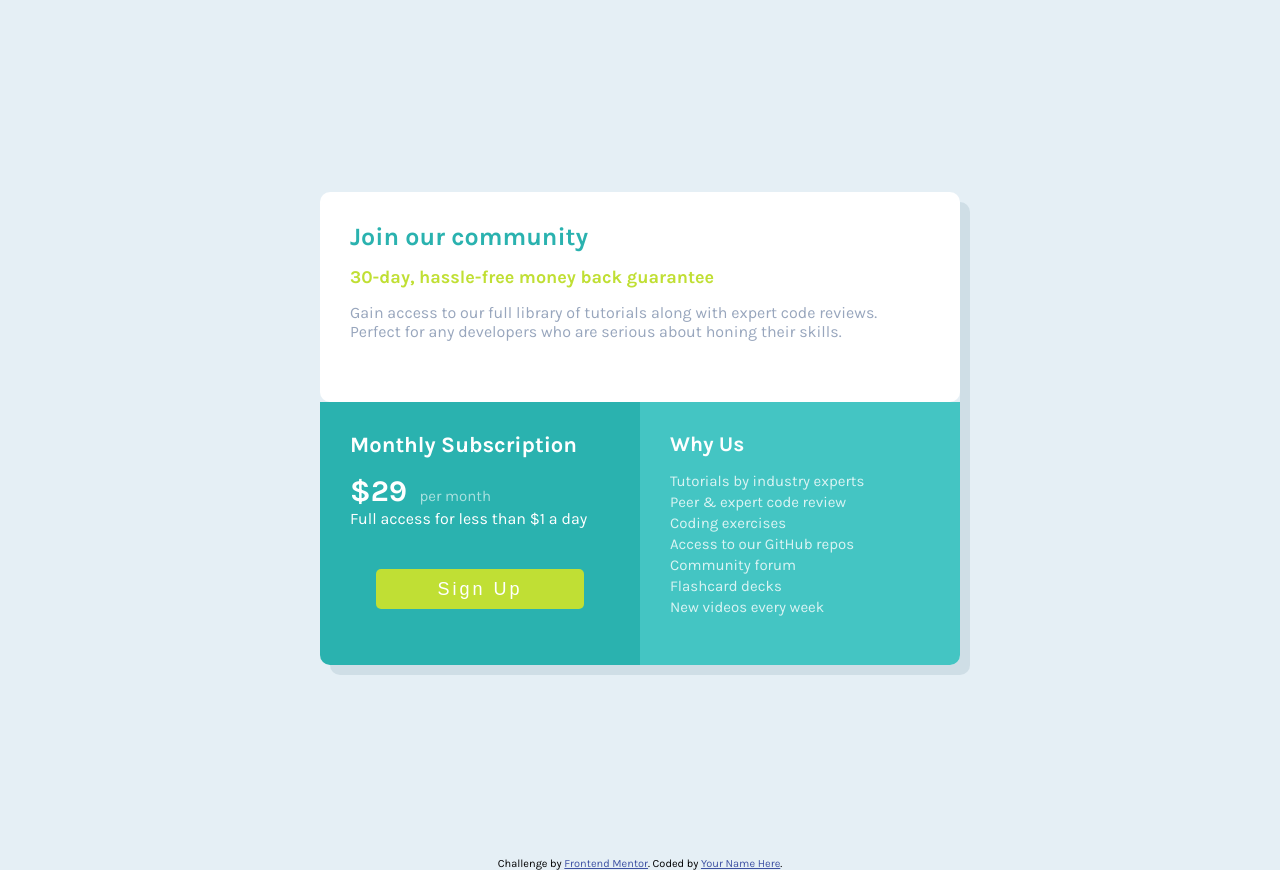
Repository: Pedrohamoura-Git/Frontend-Mentor-Challenges
Page: Newbie/single-price-grid-component-master/index.html
These files come from the project's save history. The page is drawn as it stood at one moment and after the next save; the edit follows.
The browser window is 1280 px wide. The pictures show the whole page.

Above is the page before, as saved 2021-05-31 15:58:23.

### Newbie/single-price-grid-component-master/index.html
<!DOCTYPE html>
<html lang="en">
<head>
  <meta charset="UTF-8">
  <meta name="viewport" content="width=device-width, initial-scale=1.0"> <!-- displays site properly based on user's device -->

  <link rel="stylesheet" href="css/style.css">
  <title>Frontend Mentor | Single Price Grid Component</title>

  <!-- Feel free to remove these styles or customise in your own stylesheet 👍 -->
  <style>
    .attribution { font-size: 11px; text-align: center; }
    .attribution a { color: hsl(228, 45%, 44%); }
  </style>
</head>
<body>
  <div id="wrapper">
    <header id="card1">
      <h1>Join our community</h1>
      <h2>30-day, hassle-free money back guarantee</h2>
      <p>Gain access to our full library of tutorials along with expert code reviews. Perfect for any developers who are serious about honing their skills.</p>
    </header>

    <div id="columns">
      <div id="card2">
        <h2>Monthly Subscription</h2>
        <h3 class="price">&dollar;29</h3>
        <span>per month</span>
        <p>Full access for less than &dollar;1 a day</p>

        <form action="#">
          <input type="submit" value="Sign Up" name="Sign Up" id="signup">
          </input>
        </form>
      </div>

      <div id="card3">
        <h2>Why Us</h2>
        <p>Tutorials by industry experts<br>
          Peer &amp; expert code review<br>
          Coding exercises<br>
          Access to our GitHub repos<br>
          Community forum<br>
          Flashcard decks<br>
          New videos every week</p>
      </div>
    </div>

  </div>








  <footer>
    <p class="attribution">
      Challenge by <a href="https://www.frontendmentor.io?ref=challenge" target="_blank">Frontend Mentor</a>.
      Coded by <a href="#">Your Name Here</a>.
    </p>
  </footer>
</body>
</html>

### Newbie/single-price-grid-component-master/css/style.css
/*
** Core Formatting
*/
    @import url('https://fonts.googleapis.com/css2?family=Karla:wght@400;700&display=swap');

    * {
        padding: 0;
        margin: 0;
        box-sizing: border-box;
    }

    html {
        font-size: 62.5%;
    }

    body {
        background-color: hsl(204, 43%, 93%);
        font-family: Karla;
    }


/*
** Mobile - Wrapper
*/
    #wrapper {
        border-radius: 1rem;
        box-shadow: 10px 10px hsla(202, 28%, 79%, 50%);
        display: grid;
        grid-template-rows: repeat(auto-fit, minmax(200px, 1fr));
        margin: 15% auto;
        width: 90%;

        /* border: 1px solid red; */
    }

    #card1, #card2, #card3 {
        padding: 1.5rem;
        min-height: 210px;
    }

    /*
    ** Card 1
    */
        #card1 {
            background-color: white;
            border-radius: 1rem;
        }

        #card1 h1 {
            color: hsl(179, 62%, 43%);
            font-size: 2.5rem;
            margin-bottom: 1.5rem;
        }

        #card1 h2 {
            color: hsl(71, 73%, 54%);
            font-size: 1.8rem;
            margin-bottom: 1.5rem;
        }

        #card1 p {
            margin-bottom: 1.5rem;
            color: hsl(218, 22%, 67%);
            font-size: 1.6rem;
            margin-bottom: 1.5rem;
        }



    /*
    ** Card 2
    */
        #card2 {
            color: white;
            background-color: hsl(179, 62%, 43%);
        }

        #card2 h2 {
            font-size: 2.2rem;
            margin-bottom: 1.5rem;
        }

        #card2 h3.price {
            display: inline;
            font-size: 3rem;
            font-weight: 700;
            margin-bottom: 1.5rem;
        }

        #card2 span {
            font-size: 1.5rem;
            margin-left: 1rem;
            margin-bottom: 1rem;
            opacity: 60%;
        }

        #card2 p {
            font-size: 1.6rem;
            margin-bottom: 1.5rem;
        }

        #card2 form input {
            background-color: hsl(71, 73%, 54%);
            border: none;
            border-radius: .5rem;
            color: white;
            font-size: 1.8rem;
            letter-spacing: .3rem;
            margin: 10%;
            width: 80%;
            height: 4rem;

        }

        #card2 input:hover, input:active {
            background-color: hsl(71, 93%, 62%);
            color: hsl(179, 62%, 43%);
        }





        #card3 {
            background-color: hsl(179, 53%, 52%);
            border-bottom-left-radius: 1rem;
            border-bottom-right-radius: 1rem;
            color: white;
        }

        #card3 h2 {
            font-size: 2.1rem;
            margin-bottom: 1.5rem;
        }

        #card3 p {
            font-size: 1.5rem;
            line-height: 2.1rem;
            opacity: 80%;
        }


    /*
    ** Tablets & Desktops
    */
        @media (min-width: 600px) {
            #wrapper {
                display: block;
                max-width: 640px;

                /* border: 1px solid red; */
            }

            #columns {
                display: grid;
                grid-template-columns: repeat(auto-fit, minmax(50%, 1fr));
            }

            #card1 {
                padding: 3rem;
            }

            #card2 {
                border-bottom-left-radius: 1rem;
                padding: 3rem;

            }

            #card3 {
                border-bottom-left-radius: 0;
                padding: 3rem;
            }

        }

After the next save:
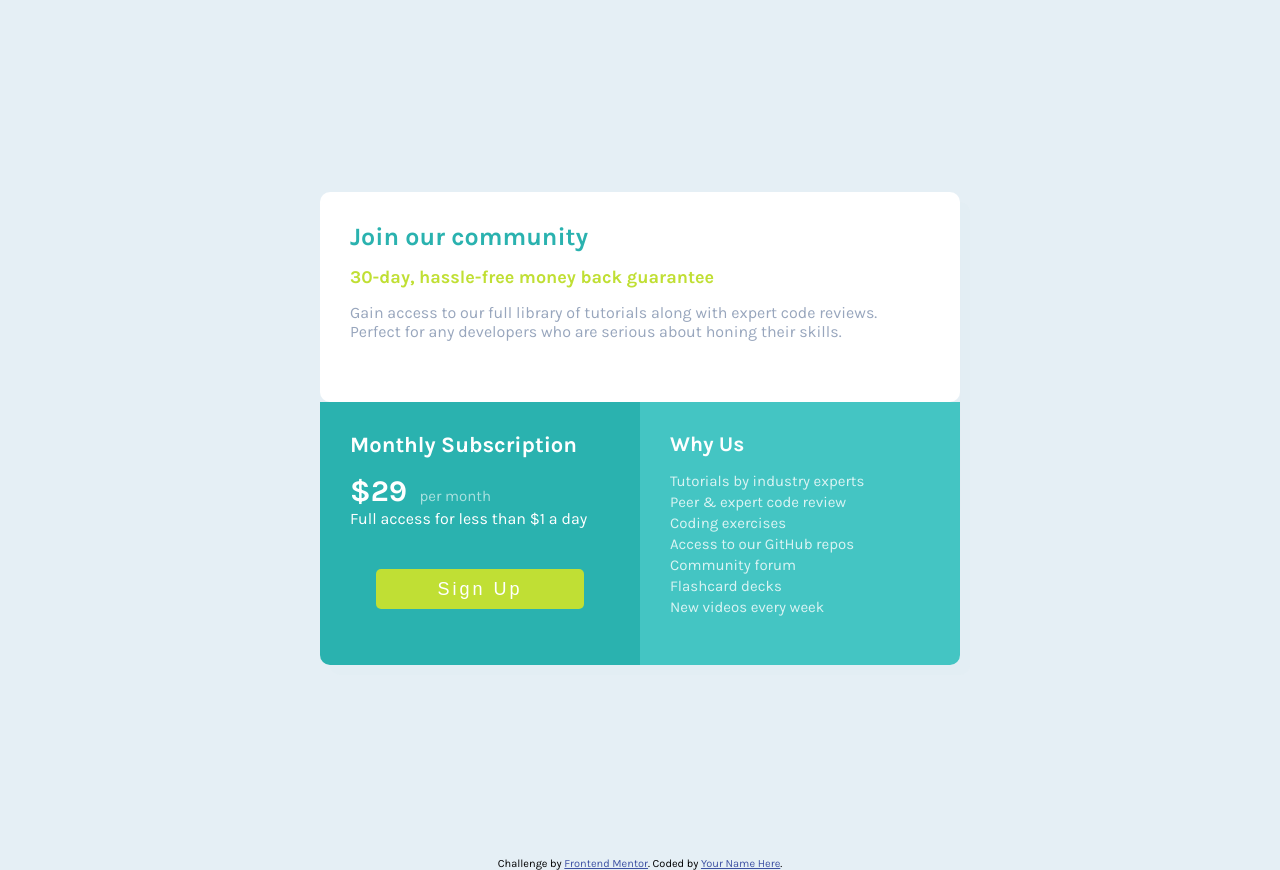
Saved 2 s later.
--- a/Newbie/single-price-grid-component-master/css/style.css
+++ b/Newbie/single-price-grid-component-master/css/style.css
@@ -24,7 +24,7 @@
 */
     #wrapper {
         border-radius: 1rem;
-        box-shadow: 10px 10px hsla(202, 28%, 79%, 50%);
+        box-shadow: 10px 10px hsla(202, 28%, 79%, 5%);
         display: grid;
         grid-template-rows: repeat(auto-fit, minmax(200px, 1fr));
         margin: 15% auto;

After the save that followed:
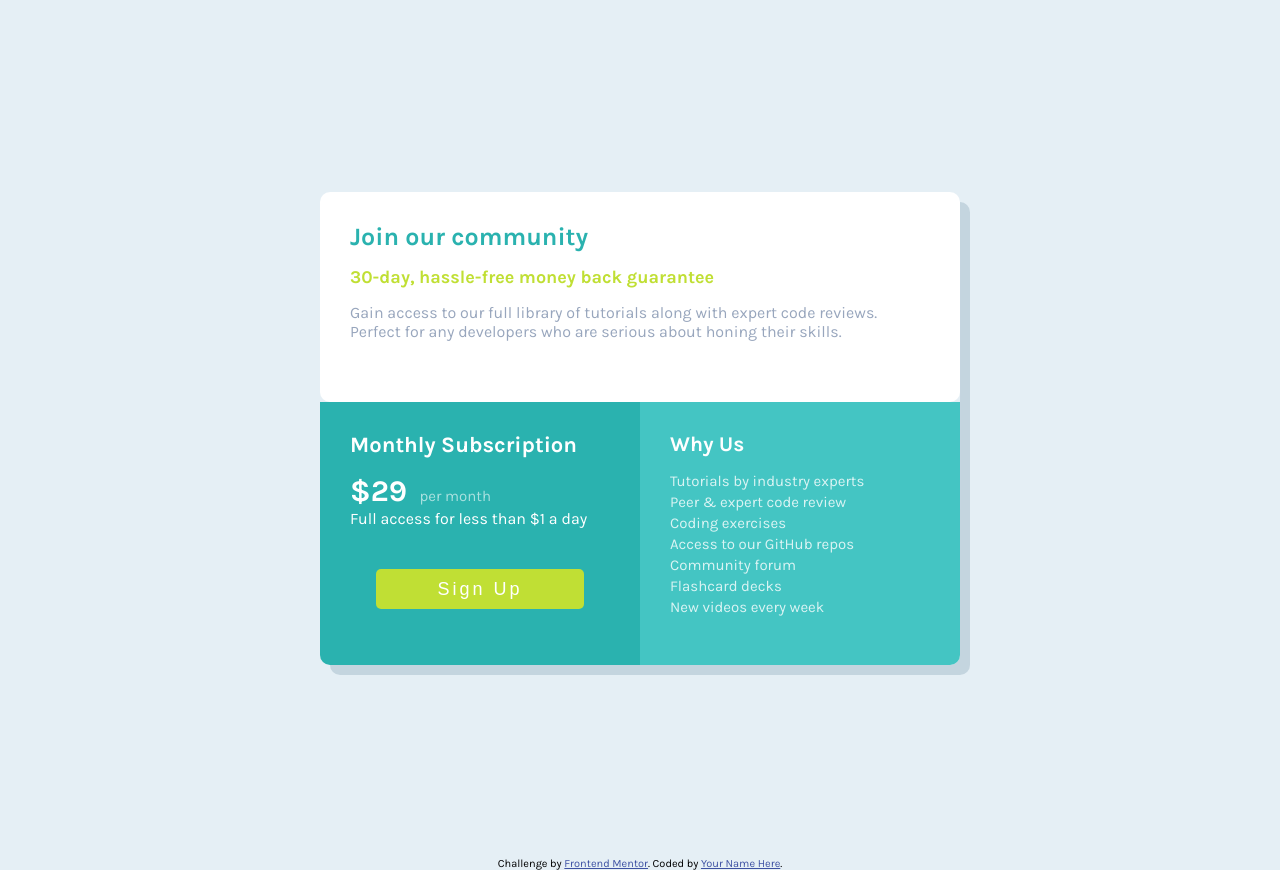
Saved 1 s later.
--- a/Newbie/single-price-grid-component-master/css/style.css
+++ b/Newbie/single-price-grid-component-master/css/style.css
@@ -24,7 +24,7 @@
 */
     #wrapper {
         border-radius: 1rem;
-        box-shadow: 10px 10px hsla(202, 28%, 79%, 5%);
+        box-shadow: 10px 10px hsla(202, 28%, 79%, 75%);
         display: grid;
         grid-template-rows: repeat(auto-fit, minmax(200px, 1fr));
         margin: 15% auto;
